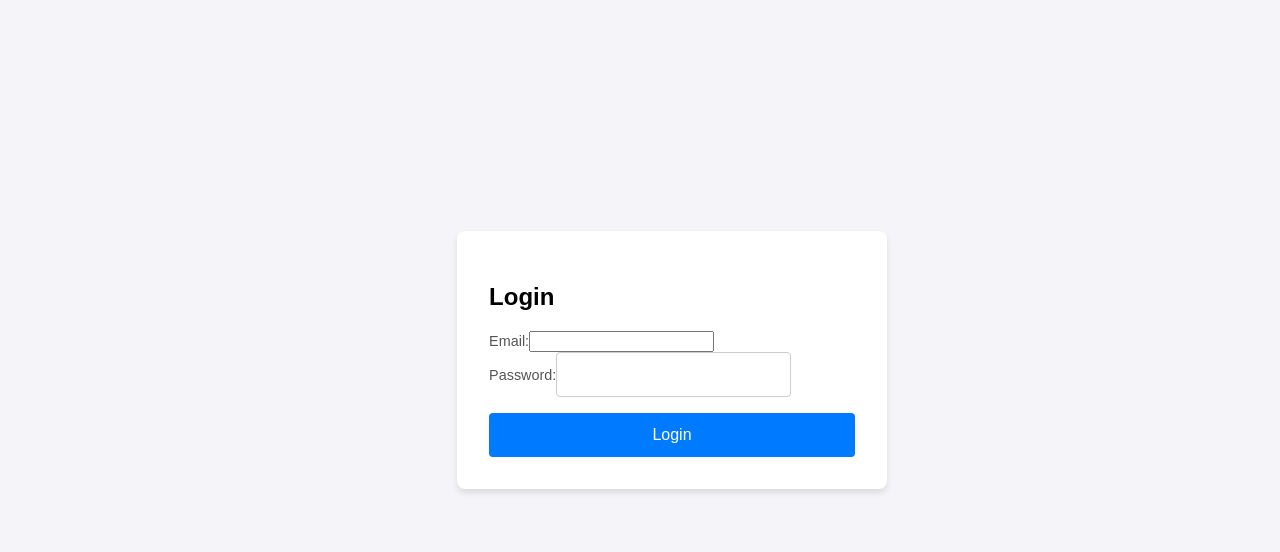
Repository: Nuttawut-Amattong/outtrip
Page: / (app in OutTrip/)
These files come from the project's save history. The page is drawn as it stood at one moment and after the next save; the edit follows.
The browser window is 1280 px wide. The pictures show the whole page.
The project was rebuilt for these pictures with package versions that can differ from the ones it lists, and the page was loaded fresh each time. Also part of the build but not shown: OutTrip/vite.config.js.

Above is the page before, as saved 2025-05-18 22:18:53.

After the next save:
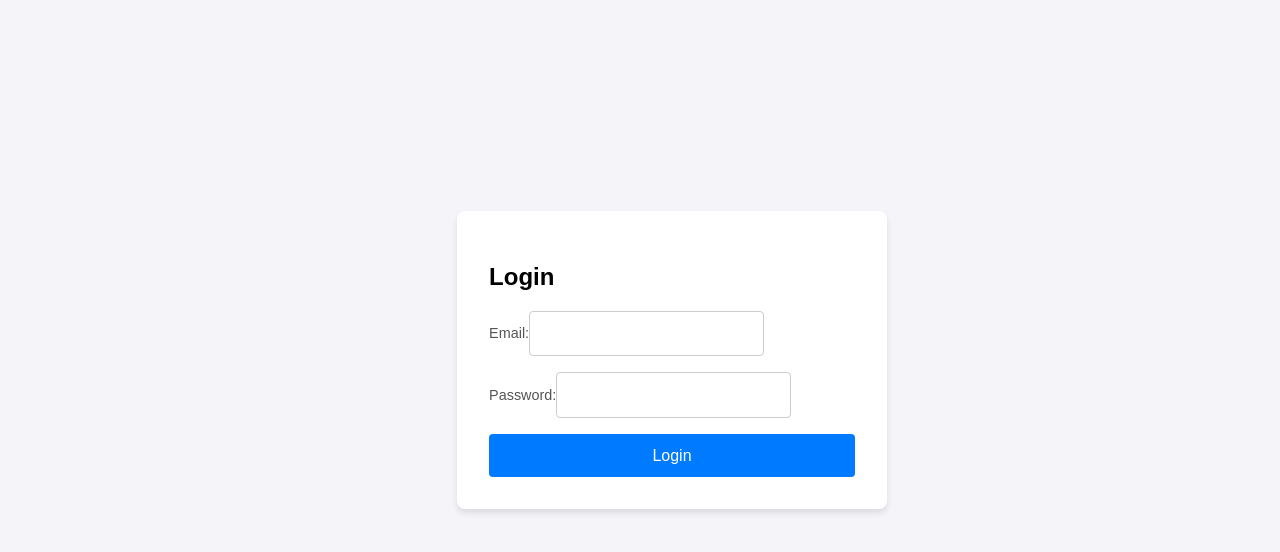
Saved 50 s later.
--- a/OutTrip/src/CSS/login.css
+++ b/OutTrip/src/CSS/login.css
@@ -37,6 +37,7 @@ body {
 }
 
 .login-container input[type="text"],
+.login-container input[type="email"],
 .login-container input[type="password"] {
     padding: 0.8rem;
     margin-bottom: 1rem;
@@ -46,6 +47,7 @@ body {
 }
 
 .login-container input[type="text"]:focus,
+.login-container input[type="email"]:focus,
 .login-container input[type="password"]:focus {
     border-color: #007bff;
     outline: none;
